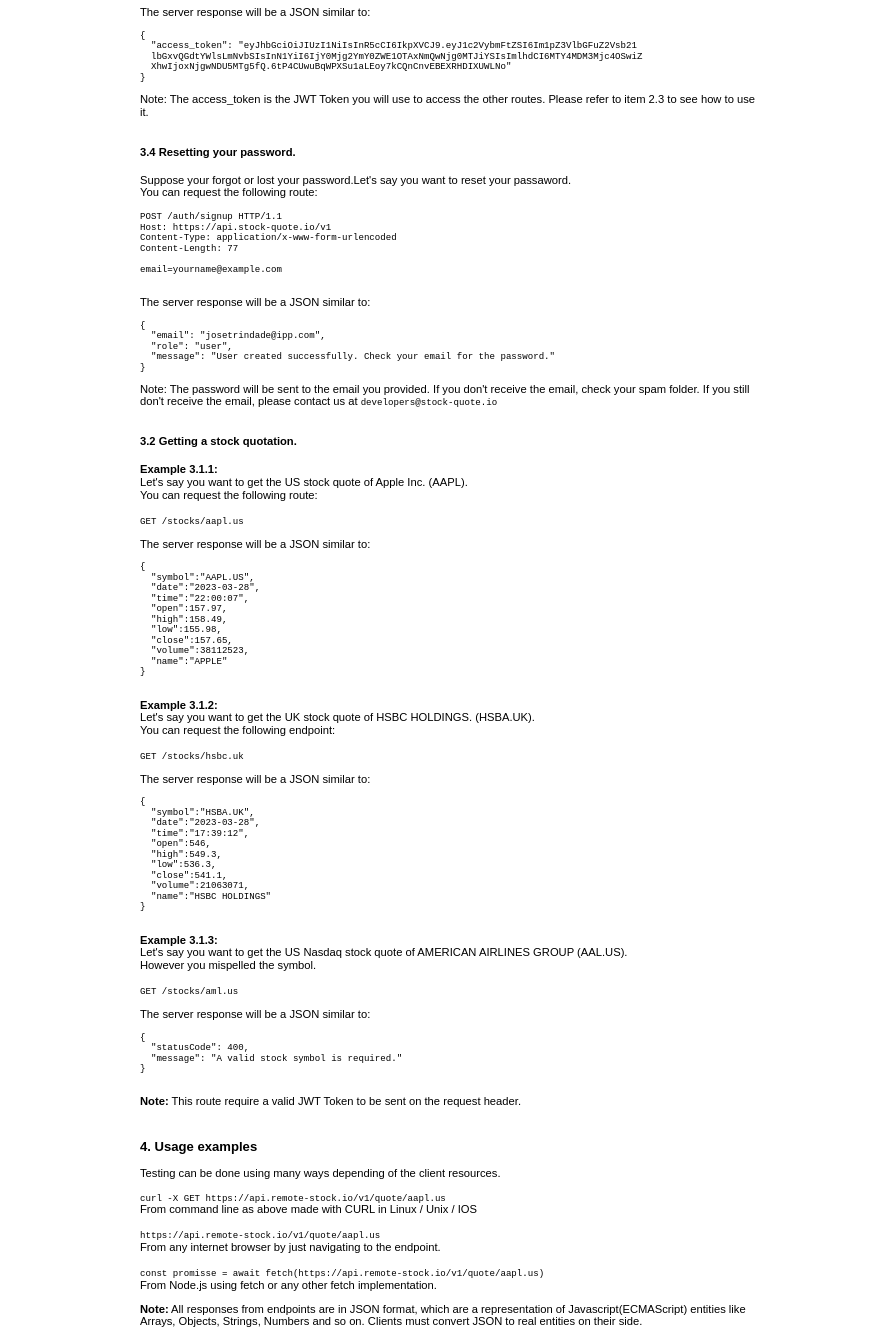
Repository: miguelamello/nest-js
Page: stock-service/documentation.html
An editor plug-in stored every save of this project. The page is shown before and after the next save, followed by the edit.
The browser window is 1280 px wide. The pictures show the part of the page from y = 2913 to 4833 px (the page is 5322 px tall before and 5340 px after), at 70% of full size.

Above is the page before, as saved 2023-04-03 09:42:49.

### stock-service/documentation.html
<!DOCTYPE html>
<html lang="en">
<head>
  <meta charset="UTF-8">
  <meta http-equiv="X-UA-Compatible" content="IE=edge">
  <meta name="viewport" content="width=device-width, initial-scale=1.0">
  <title>STOCK QUOTE MICROSERVICE</title>
  <style>
    body {
      font-family: Arial, Helvetica, sans-serif;
      padding: 3% 15%;
    }
    h3 {
      margin-top: 5%;
    }
    pre {
      margin: 0;
      overflow: auto;
    }
  </style>
</head>
<body>
  <h2>STOCK QUOTE MICROSERVICE DOCUMENTATION</h2>
  <p>
    This microservice aims to facilitate the acquisition of stock exchange quotes from various
    companies in US and UK. Please follow the documentation to get a complete understanding
    of how the service works.
  </p>

  <h3>1. Entrypoint</h3>
  <code>https://api.stock-quote.io/v1</code>
  <p>
    All routes starts from the entrypoint above. Accessing this entrypoint will
    retrieve the STOCK QUOTE MICROSERVICE DOCUMENTATION in a friendly presentation,
    as easy to read as this page can be.
  </p>

  <p>If you want for a more detailed documentation, you should navigate to the
    STOCK QUOTE MICROSERVICE SPECIFICATION where you will find more technical
    explanations about the service.
  </p>

  <pre>
GET /spec HTTP/1.1
Host: https://api.stock-quote.io/v1
  </pre>

  <h3>2. Authentication</h3>
  <p>A JSON Web Token (JWT) Authentication is required for some routes on the microservice.
    Below are listed the steps that must be followed to get a valid JWT Token. The token is
    a string similar to the following:
  </p>

  <pre>
eyJhbGciOiJIUzI1NiIsInR5cCI6IkpXVCJ9.eyJ1c2VybmFtZSI6Im1pZ3VlbGFuZ2Vsb21
lbGxvQGdtYWlsLmNvbSIsInN1YiI6IjY0Mjg2YmY0ZWE1OTAxNmQwNjg0MTJiYSIsImlhdCI6MTY4MDM3Mjc4OSwiZ
XhwIjoxNjgwNDU5MTg5fQ.6tP4CUwuBqWPXSu1aLEoy7kCQnCnvEBEXRHDIXUWLNo
  </pre>
  <p>

    <br><div><b>2.1 Signup to the service</b></div><br>

    <pre>
POST /auth/signup HTTP/1.1
Host: https://api.stock-quote.io/v1
Content-Type: application/x-www-form-urlencoded
Content-Length: 35

email=yourname@example.com
    </pre>

    <div>You must send a POST request to <code>/auth/signup</code> with POST BODY containing a valid email.
      You will receive a email with a link to confirm your email address. After the email confirmation,
      another email with your Username and Password will be sent to you. You should use this login
      information to get your JWT Token. Keep following.</div>
    </div>
  </p>

  <p>
    <br><div><b>2.2 Signin to the service</b></div><br>

    <pre>
POST /auth/signin HTTP/1.1
Host: https://api.stock-quote.io/v1
Content-Type: application/x-www-form-urlencoded
Content-Length: 77

email=yourname@example.com&
password=e49015be5ba9752ab634b5649045bc56
    </pre>

    <div>You must send a POST request to <code>/auth/signin</code> with POST BODY containing the
      confirmed email and the password you received by email. If login is valid you will
      receive a response with the JWT Token that you must use to access all the available
      routes on the microservice. The Route response will be a JWT Token similar to bellow.
    </div><br>

    <pre>
{
  "access_token": "eyJhbGciOiJIUzI1NiIsInR5cCI6IkpXVCJ9.eyJ1c2VybmFtZSI6Im1pZ3VlbGFuZ2Vsb21
  lbGxvQGdtYWlsLmNvbSIsInN1YiI6IjY0Mjg2YmY0ZWE1OTAxNmQwNjg0MTJiYSIsImlhdCI6MTY4MDM3Mjc4OSwiZ
  XhwIjoxNjgwNDU5MTg5fQ.6tP4CUwuBqWPXSu1aLEoy7kCQnCnvEBEXRHDIXUWLNo"
}
    </pre>

    <div>Note: You must annotate this token somewhere, since a JWT Token can not be generated
      again with the same hash. If you lose your token, you will have to repeat the steps above
      on item 2.2 to get a new token.
    </div><br>

  </p>

  <p>
    <div><b>2.3 Use the JWT Token to access the routes</b></div><br>

    <pre>
GET /stocks/aapl.us HTTP/1.1
Host: https://api.stock-quote.io/v1
Authorization: Bearer eyJhbGciOiJIUzI1NiIsInR5cCI6IkpXVCJ9.eyJ1c2VybmFtZSI6Im1pZ3VlbGFuZ2Vsb21
lbGxvQGdtYWlsLmNvbSIsInN1YiI6IjY0Mjg2YmY0ZWE1OTAxNmQwNjg0MTJiYSIsImlhdCI6MTY4MDM3Mjc4OSwiZXhwI
joxNjgwNDU5MTg5fQ.6tP4CUwuBqWPXSu1aLEoy7kCQnCnvEBEXRHDIXUWLNo
    </pre>

    <div>Here as an example, a request to the route <code>/stocks/aapl.us</code> is being made.
      You have to pay attention where you send the JWT Token in the request. The right place to
      send is in the HEADER of the request, using the field <code>Authorization:</code> and on the
      value side you write the JWT Token prefixing with <code>Bearer </code> keyword. This is a internet
      Standard for sending JWT Tokens.
    </div><br>

    <div>
      If everything is okay with your token, you can use it for up to 24 hours. After that, you will
      need to get a new token by following the steps above on item 2.2. Its a good idea to annotate
      the token and the password you received by email, so you can use it again in the future. However
      keep following to see how to reset your password.
    </div>
  </p>

  <h3>3. Routes</h3>

  <p>This microservice offers 8 routes, as listed below:</p>

  <pre>
GET /                     //-> Accessing the API documentation
GET /specs                //-> Accessing the API specification
POST /auth/signup         //-> Creating a new user
POST /auth/signin         //-> Getting a JWT Token
POST /auth/reset-password //-> Resetting your password
GET /stocks/{symbol}      //-> Getting a stock quotation
GET /stocks/history       //-> Getting a stock history
GET /stocks/stats         //-> Getting a stock statistics
  </pre>

  <h4>3.1 Accessing the API documentation.</h4>

  <p>
    <div>Let's say you want to access the documentation of this microservice.</div>
    <div>You can request the following route:</div><br>
    <pre>
GET / HTTP/1.1
Host: https://api.stock-quote.io/v1
    </pre>

    <p>The server response will be this page. Pretty straight.</p>
  </p>

  <br><h4>3.2 Accessing the API specification.</h4>

  <p>
    <div>Let's say you want to access the specification of this microservice.</div>
    <div>You can request the following route:</div><br>
    <pre>
GET /specs HTTP/1.1
Host: https://api.stock-quote.io/v1
    </pre>

    <p>The server response will be the page containing the API specification in detail.</p>
  </p>

  <br><h4>3.3 Creating a new user.</h4>

  <p>
    <div>Let's say you want to create a new user.</div>
    <div>You can request the following route:</div><br>

    <pre>
POST /auth/signup HTTP/1.1
Host: https://api.stock-quote.io/v1
Content-Type: application/x-www-form-urlencoded
Content-Length: 77

email=yourname@example.com
    </pre>

    <p>The server response will be a JSON similar to:</p>

    <pre>
{
  "email": "josetrindade@ipp.com",
  "role": "user",
  "message": "User created successfully. Check your email for the password."
}
    </pre>

    <div>
      Note: The password will be sent to the email you provided. If you don't receive the email,
      check your spam folder. If you still don't receive the email, please contact us at
      <code>developers@stock-quote.io</code>
    </div>

    <br><h4>3.4 Getting a JWT Token.</h4>

  <p>
    <div>Let's say you want to grab the JWT Token.</div>
    <div>You can request the following route:</div><br>

    <pre>
POST /auth/signin HTTP/1.1
Host: https://api.stock-quote.io/v1
Content-Type: application/x-www-form-urlencoded
Content-Length: 102

email=yourname@example.com&
password=e49015be5ba9752ab634b5649045bc56
    </pre>

    <p>The server response will be a JSON similar to:</p>

    <pre>
{
  "access_token": "eyJhbGciOiJIUzI1NiIsInR5cCI6IkpXVCJ9.eyJ1c2VybmFtZSI6Im1pZ3VlbGFuZ2Vsb21
  lbGxvQGdtYWlsLmNvbSIsInN1YiI6IjY0Mjg2YmY0ZWE1OTAxNmQwNjg0MTJiYSIsImlhdCI6MTY4MDM3Mjc4OSwiZ
  XhwIjoxNjgwNDU5MTg5fQ.6tP4CUwuBqWPXSu1aLEoy7kCQnCnvEBEXRHDIXUWLNo"
}
    </pre>

    <div>
      Note: The access_token is the JWT Token you will use to access the other routes.
      Please refer to item 2.3 to see how to use it.
    </div>

    <br><h4>3.4 Resetting your password.</h4>

  <p>
    <div>Suppose your forgot or lost your password.Let's say you want to reset your passaword. </div>
    <div>You can request the following route:</div><br>

    <pre>
POST /auth/signup HTTP/1.1
Host: https://api.stock-quote.io/v1
Content-Type: application/x-www-form-urlencoded
Content-Length: 77

email=yourname@example.com
    </pre>

    <p>The server response will be a JSON similar to:</p>

    <pre>
{
  "email": "josetrindade@ipp.com",
  "role": "user",
  "message": "User created successfully. Check your email for the password."
}
    </pre>

    <div>
      Note: The password will be sent to the email you provided. If you don't receive the email,
      check your spam folder. If you still don't receive the email, please contact us at
      <code>developers@stock-quote.io</code>
    </div>

    <br><h4>3.2 Getting a stock quotation.</h4>

  <p>
    <div><b>Example 3.1.1:</b></div>
    <div>Let's say you want to get the US stock quote of Apple Inc. (AAPL).</div>
    <div>You can request the following route:</div><br>
    <code>GET /stocks/aapl.us</code>

    <p>The server response will be a JSON similar to:</p>

    <pre>
{
  "symbol":"AAPL.US",
  "date":"2023-03-28",
  "time":"22:00:07",
  "open":157.97,
  "high":158.49,
  "low":155.98,
  "close":157.65,
  "volume":38112523,
  "name":"APPLE"
}
    </pre>
  </p>
  <p>
    <div><b>Example 3.1.2:</b></div>
    <div>Let's say you want to get the UK stock quote of HSBC HOLDINGS. (HSBA.UK).</div>
    <div>You can request the following endpoint:</div><br>
    <code>GET /stocks/hsbc.uk</code>

    <p>The server response will be a JSON similar to:</p>

    <pre>
{
  "symbol":"HSBA.UK",
  "date":"2023-03-28",
  "time":"17:39:12",
  "open":546,
  "high":549.3,
  "low":536.3,
  "close":541.1,
  "volume":21063071,
  "name":"HSBC HOLDINGS"
}
    </pre>
  </p>

  <p>
    <div><b>Example 3.1.3:</b></div>
    <div>Let's say you want to get the US Nasdaq stock quote of AMERICAN AIRLINES GROUP (AAL.US).</div>
    <div>However you mispelled the symbol.</div><br>
    <code>GET /stocks/aml.us</code>

    <p>The server response will be a JSON similar to:</p>

    <pre>
{
  "statusCode": 400,
  "message": "A valid stock symbol is required."
}
    </pre>

    <p>
      <b>Note:</b> This route require a valid JWT Token to be sent on the request header.
    </p>
  </p>

  <h3>4. Usage examples</h3>

  <p>Testing can be done using many ways depending of the client resources.</p>

  <code>curl -X GET https://api.remote-stock.io/v1/quote/aapl.us</code>
  <div>From command line as above made with CURL in Linux / Unix / IOS</div>
  <br>
  <code>https://api.remote-stock.io/v1/quote/aapl.us</code>
  <div>From any internet browser by just navigating to the endpoint.</div>
  <br>
  <code>const promisse = await fetch(https://api.remote-stock.io/v1/quote/aapl.us)</code>
  <div>From Node.js using fetch or any other fetch implementation.</div>

  <p>
    <b>Note:</b> All responses from endpoints are in JSON format, which are a
    representation of Javascript(ECMAScript) entities like Arrays, Objects,
    Strings, Numbers and so on. Clients must convert JSON to real entities
    on their side.
  </p>

  <h3>5. Error Responses</h3>

  <p>
    Server will respond with an Error Object Literal containing
    the status and the message of error. Errors can be triggered
    by the client itself, for example when sending mistyped endpoints
    or the server itself can trigger a Error when a
    task can not be completed for any reason.
  </p>

  <p>
    <code>{ "statusCode": number, "message": string }</code><br>
    <div>
      The object literal returned will contain two properties:
      "statusCode" with a number and "message" with the human readable text.
    </div>
  </p>

  <p>Exemple Error Message:</p>
  <p>
    <code>
      {"statusCode":400,"message":"Symbol must be a valid quote."}
    </code>
  </p>

  <h3>6. Disclaimer</h3>
  <p>
    This microservice should be used strictly as proposed in this documentation.
    Any usage that is not in accordance with the documentation may result in harmful
    consequences to the user. The authors of this service are not responsible for
    any misuse of the proposed microservice and its consequences. If you have any question,
    suggestion, information regarding the use of this service, please contact
    the authors at <b>developers@remote-stock.io</b>
  </p>

</body>
</html>

After the next save:
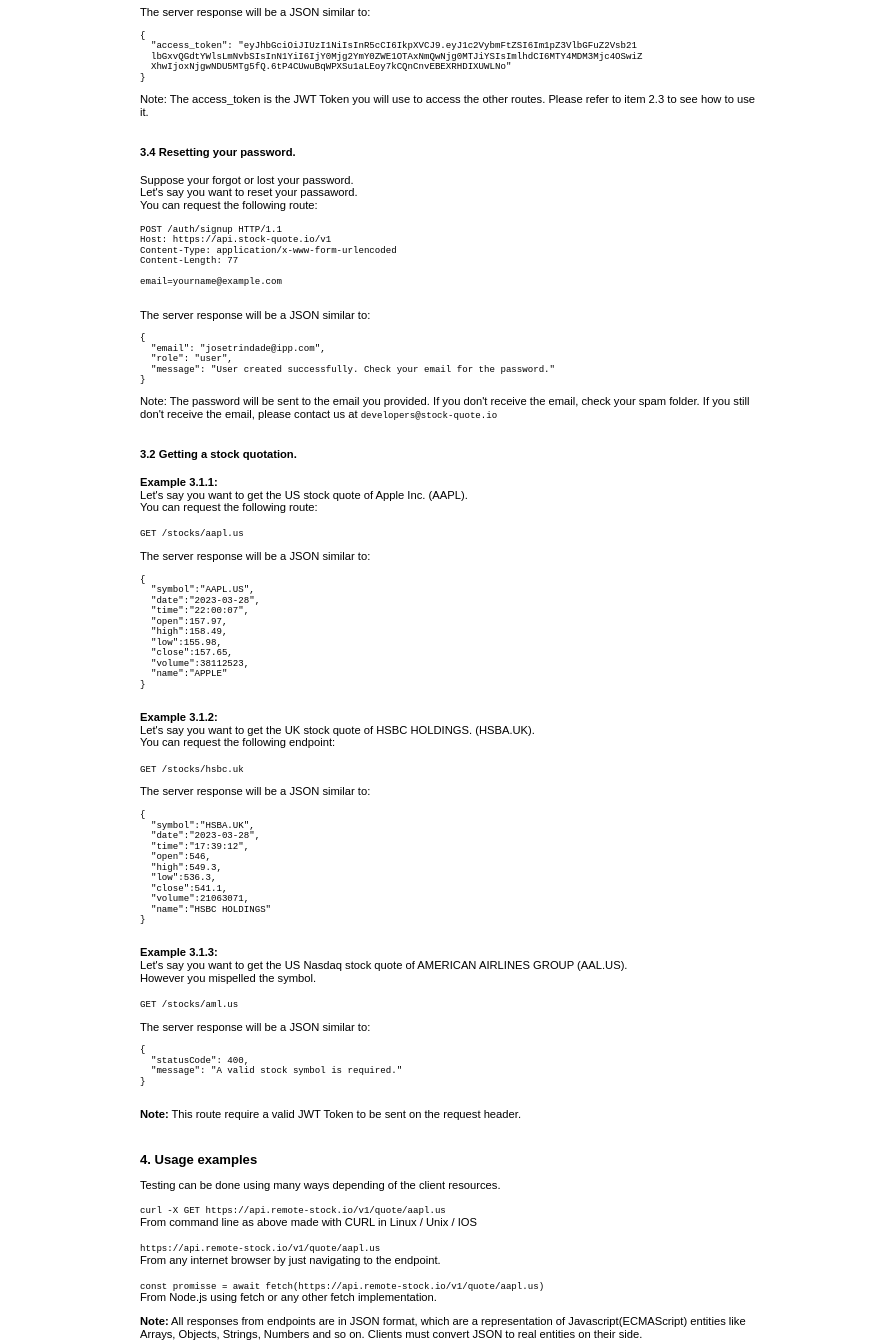
Saved 6 s later.
--- a/stock-service/documentation.html
+++ b/stock-service/documentation.html
@@ -242,7 +242,7 @@ password=e49015be5ba9752ab634b5649045bc56
     <br><h4>3.4 Resetting your password.</h4>
 
   <p>
-    <div>Suppose your forgot or lost your password.Let's say you want to reset your passaword. </div>
+    <div>Suppose your forgot or lost your password.</div>Let's say you want to reset your passaword. </div>
     <div>You can request the following route:</div><br>
 
     <pre>
